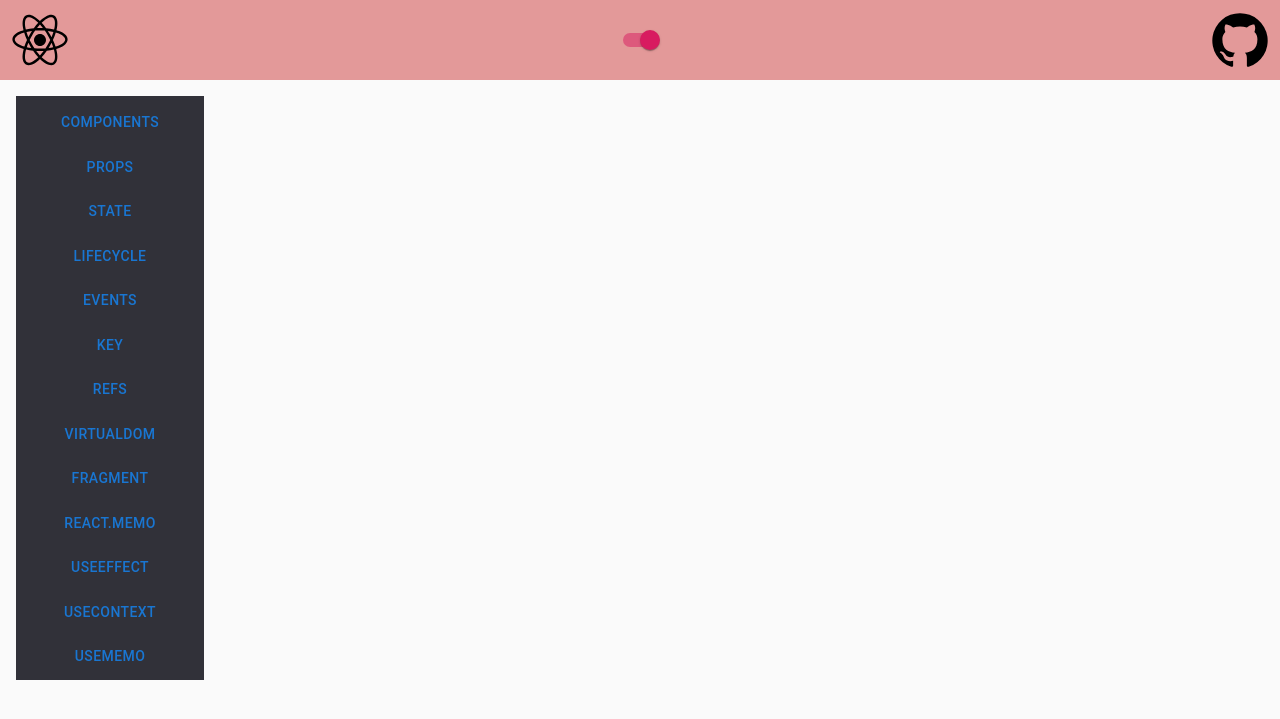
Repository: savannaaaas/reactDocumentation
Page: /topic
An editor plug-in stored every save of this project. The page is shown before and after the next save, followed by the edit.
The browser window is 1280 px wide. The pictures show the whole page.
The project was rebuilt for these pictures with package versions that can differ from the ones it lists, and the page was loaded fresh each time. Also part of the build but not shown: vite.config.js, src/pages/welcomePage/WelcomeButton/WelcomeButton.jsx, src/pages/welcomePage/Content/ContentWelcome.jsx, src/pages/welcomePage/WelcomePage.jsx, src/pages/componentPage/ComponentPage.jsx.

Above is the page before, as saved 2025-07-18 20:21:55.

### index.html
<!DOCTYPE html>
<html lang="en" data-theme="light">
  <head>
    <meta charset="UTF-8" />
    <link rel="icon" type="image/svg+xml" href="/vite.svg" />
    <meta name="viewport" content="width=device-width, initial-scale=1.0" />
    <title>NoteBook</title>
  </head>
  <body>
    <div id="root"></div>
    <script type="module" src="/src/main.jsx"></script>
  </body>
</html>

### src/main.jsx
import { StrictMode } from "react";
import { createRoot } from "react-dom/client";
import App from "./App.jsx";
import { ThemeProvider } from "./providers/ThemeProvider.jsx";
import "./index.scss";
import { BrowserRouter } from "react-router";

createRoot(document.getElementById("root")).render(
  <StrictMode>
    <ThemeProvider>
      <BrowserRouter>
        <App />
      </BrowserRouter>
    </ThemeProvider>
  </StrictMode>
);

### src/App.jsx
import { Routes, Route } from "react-router";

import { WelcomePage } from "./pages/welcomePage/WelcomePage";
import { TopicPage } from "./pages/topicPage/TopicPage";
import { ComponentPage } from "./pages/componentPage/ComponentPage";

import "./index.scss";

function App() {
  return (
    <Routes>
      <Route path="/" element={<WelcomePage />} />
      <Route path="/topic" element={<TopicPage />}>
        <Route path="components" element={<ComponentPage />} />
      </Route>
    </Routes>
  );
}

export default App;

### src/providers/ThemeProvider.jsx
import { useEffect, useState } from "react";
import { themes, ThemeContext } from "../contexts/ThemeContext";
const getTheme = () => {
  const theme = `${window?.localStorage.getItem("theme")}`; //получаем тему из хранилища
  if (Object.values(themes).includes(theme)) {
    //если тема такая есть возвращаем
    return theme;
  } //если в хранилище нет смотрим какую тему пользователь предпочитает
  const userMedia = window.matchMedia("(prefers-color-scheme: light)"); //проверяем предпочитает пользователь светлую тему если да возвр
  if (userMedia.matches) return themes.light;
  return themes.dark; //иначе темная
};
export const ThemeProvider = ({ children }) => {
  const [theme, setTheme] = useState(getTheme);
  useEffect(() => {
    document.documentElement.dataset.theme = theme; // добавляем атрибут data-theme на <html>
    localStorage.setItem("theme", theme); //устанавливаем и сохраняем текущую тему
  }, [theme]);
  return (
    <ThemeContext.Provider value={{ theme, setTheme }}>
      {children}
    </ThemeContext.Provider>
  );
};

### src/index.scss
*{
  padding: 0;
  margin: 0;
  box-sizing: border-box;
}
body {
  background-color: var(--background-color);
}

:root[data-theme="light"] {
  --background-color: #fafafa;
}

:root[data-theme="dark"] {
  --background-color: #313139;
}

### src/pages/topicPage/TopicPage.jsx
import { Header } from "../welcomePage/Header/Header";
import { Navigation } from "../../components/Navigation/Navigation";
export const TopicPage = () => {
  return (
    <>
      <Header />
      <Navigation />
    </>
  );
};

### src/contexts/ThemeContext.jsx
import { createContext } from "react";
export const themes = {
  dark: "dark",
  light: "light",
};

export const ThemeContext = createContext({});

### src/pages/welcomePage/Header/Header.jsx
import { useContext } from "react";
import GitHubIcon from "@mui/icons-material/GitHub";
import reactLogo from "../../../assets/react.svg";
import { Image } from "../../../components/Image/Image";
import { Toggle } from "../../../components/Toggle/Toggle";
import "../index.scss";

export const Header = () => {
  return (
    <div className="header">
      <Image src={reactLogo} alt="React logo" style={{ width: "60px" }} />
      <Toggle />
      <GitHubIcon sx={{ fontSize: "60px" }} />
    </div>
  );
};

### src/pages/welcomePage/index.scss
$light-color: rgb(242, 118, 138);
$dark-color : #ffffff;

.header {
  background-color: rgb(227, 153, 153);
  display: flex;
  flex-direction: row;
  align-items: center;
  justify-content: space-between;
  padding: 10px;
  width: 100%;
}


.base-content {
  position: relative;
  display: flex;
  flex-direction: column;
  justify-content: center;
  align-items: center;
  gap: 100px;
  color: rgb(242, 118, 138);

  p {
    a {
      color: rgb(242, 118, 138);
      text-decoration: none;
    }
  }
}


.welcome-page {
  position: relative;
  display: flex;
  flex-direction: column;
  gap: 100px;
  justify-content: center;
  align-items: center;
}

.welcome-button{
  padding: 10 30px;
  width: 170px;
  border-radius: 30px;
}
[data-theme="light"] {
  .base-content {
    color: $light-color;

    p {
      a {
        color: $light-color;
      }
    }
  }
  .welcome-button{
    background-color: rgb(245, 60, 91);
    color: white;
  }
}

[data-theme="dark"] {
  .base-content {
    color: $dark-color;

    p {
      a {
        color: $dark-color;
      }
    }
  }
  .welcome-button{
    background-color: white;
    color: rgb(245, 60, 91);
  }
}

### src/components/Navigation/Navigation.jsx
import { Button } from "../Button/Button";
import "./index.scss";
import { Box, List, ListItem } from "@mui/material";
import { NavLink } from "react-router";

export const Navigation = () => {
  return (
    <Box
      sx={{
        maxHeight: "600px",
        overflowY: "auto",
        width: "220px",
        p: 2,
        height: "200vh",
        top: "80px",
        left: 0,
        position: "absolute",
      }}
    >
      <List
        sx={{ display: "flex", flexDirection: "column", gap: 1 }}
        className="list"
      >
        <ListItem disablePadding>
          <Button component={NavLink} to="/topic/components" fullWidth>
            Components
          </Button>
        </ListItem>
        <ListItem disablePadding>
          <Button component={NavLink} to="/topic/props" fullWidth>
            Props
          </Button>
        </ListItem>
        <ListItem disablePadding>
          <Button component={NavLink} to="/topic/state" fullWidth>
            State
          </Button>
        </ListItem>
        <ListItem disablePadding>
          <Button component={NavLink} to="/topic/lifecycle" fullWidth>
            Lifecycle
          </Button>
        </ListItem>
        <ListItem disablePadding>
          <Button component={NavLink} to="/topic/events" fullWidth>
            Events
          </Button>
        </ListItem>
        <ListItem disablePadding>
          <Button component={NavLink} to="/topic/key" fullWidth>
            Key
          </Button>
        </ListItem>
        <ListItem disablePadding>
          <Button component={NavLink} to="/topic/refs" fullWidth>
            Refs
          </Button>
        </ListItem>
        <ListItem disablePadding>
          <Button component={NavLink} to="/topic/virtual-dom" fullWidth>
            VirtualDOM
          </Button>
        </ListItem>
        <ListItem disablePadding>
          <Button component={NavLink} to="/topic/fragment" fullWidth>
            Fragment
          </Button>
        </ListItem>
        <ListItem disablePadding>
          <Button component={NavLink} to="/topic/react-memo" fullWidth>
            React.Memo
          </Button>
        </ListItem>
        <ListItem disablePadding>
          <Button component={NavLink} to="/topic/useEffect" fullWidth>
            useEffect
          </Button>
        </ListItem>
        <ListItem disablePadding>
          <Button component={NavLink} to="/topic/useContext" fullWidth>
            useContext
          </Button>
        </ListItem>
        <ListItem disablePadding>
          <Button component={NavLink} to="/topic/useMemo" fullWidth>
            useMemo
          </Button>
        </ListItem>
        <ListItem disablePadding>
          <Button component={NavLink} to="/topic/router" fullWidth>
            Router
          </Button>
        </ListItem>
      </List>
    </Box>
  );
};

### src/components/Button/Button.jsx
import ButtonCustom from "@mui/material/Button";
export const Button = ({ children, ...props }) => {
  return <ButtonCustom {...props}>{children}</ButtonCustom>;
};

### src/components/Image/Image.jsx
export const Image = ({ children, ...props }) => {
  return <img {...props}>{children}</img>;
};

### src/components/Toggle/Toggle.jsx
import { useContext } from "react";
import { ThemeContext } from "../../contexts/ThemeContext";
import { alpha, styled } from "@mui/material/styles";
import { grey, pink } from "@mui/material/colors";
import { themes } from "../../contexts/ThemeContext";
import Switch from "@mui/material/Switch";
export const Toggle = () => {
  const { theme, setTheme } = useContext(ThemeContext);
  const ThemeSwitch = styled(Switch)(({ theme }) => ({
    "& .MuiSwitch-switchBase": {
      color: grey[600],
      "&:hover": {
        backgroundColor: alpha(grey[600], theme.palette.action.hoverOpacity),
      },
    },
    "& .MuiSwitch-track": {
      backgroundColor: grey[600],
    },
    "& .MuiSwitch-switchBase.Mui-checked": {
      color: pink[600],
      "&:hover": {
        backgroundColor: alpha(pink[600], theme.palette.action.hoverOpacity),
      },
    },
    "& .MuiSwitch-switchBase.Mui-checked + .MuiSwitch-track": {
      backgroundColor: pink[600],
    },
  }));
  const handleChange = () => {
    if (theme === themes.light) setTheme(themes.dark);
    if (theme === themes.dark) setTheme(themes.light);
  };
  return (
    <ThemeSwitch checked={theme == themes.light} onChange={handleChange} />
  );
};

### src/components/Navigation/index.scss
[data-theme="light"] {
  .list{
    background-color:#313139;
  }
}

[data-theme="dark"] {
  .list{
background-color:#f5f5f7
  }
}

After the next save:
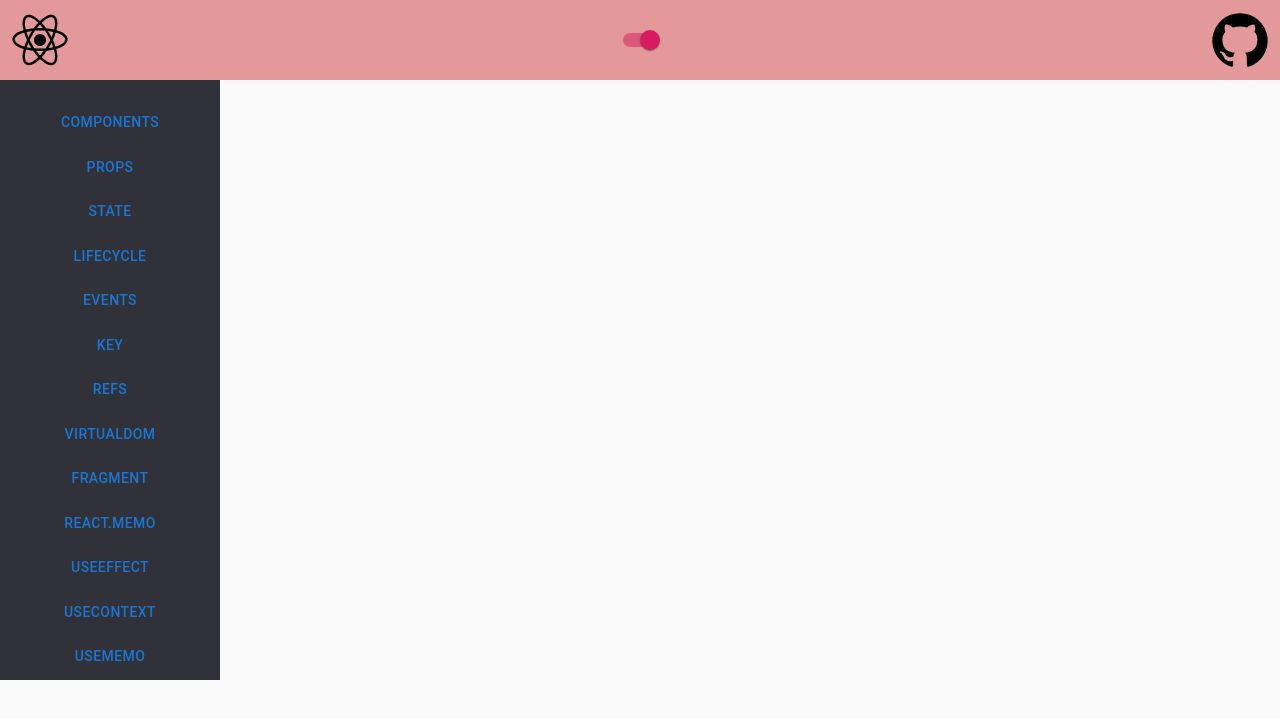
Saved 23 s later.
--- a/src/components/Navigation/Navigation.jsx
+++ b/src/components/Navigation/Navigation.jsx
@@ -6,6 +6,7 @@
 export const Navigation = () => {
   return (
     <Box
+      className="list"
       sx={{
         maxHeight: "600px",
         overflowY: "auto",
@@ -17,10 +18,7 @@
         position: "absolute",
       }}
     >
-      <List
-        sx={{ display: "flex", flexDirection: "column", gap: 1 }}
-        className="list"
-      >
+      <List sx={{ display: "flex", flexDirection: "column", gap: 1 }}>
         <ListItem disablePadding>
           <Button component={NavLink} to="/topic/components" fullWidth>
             Components
